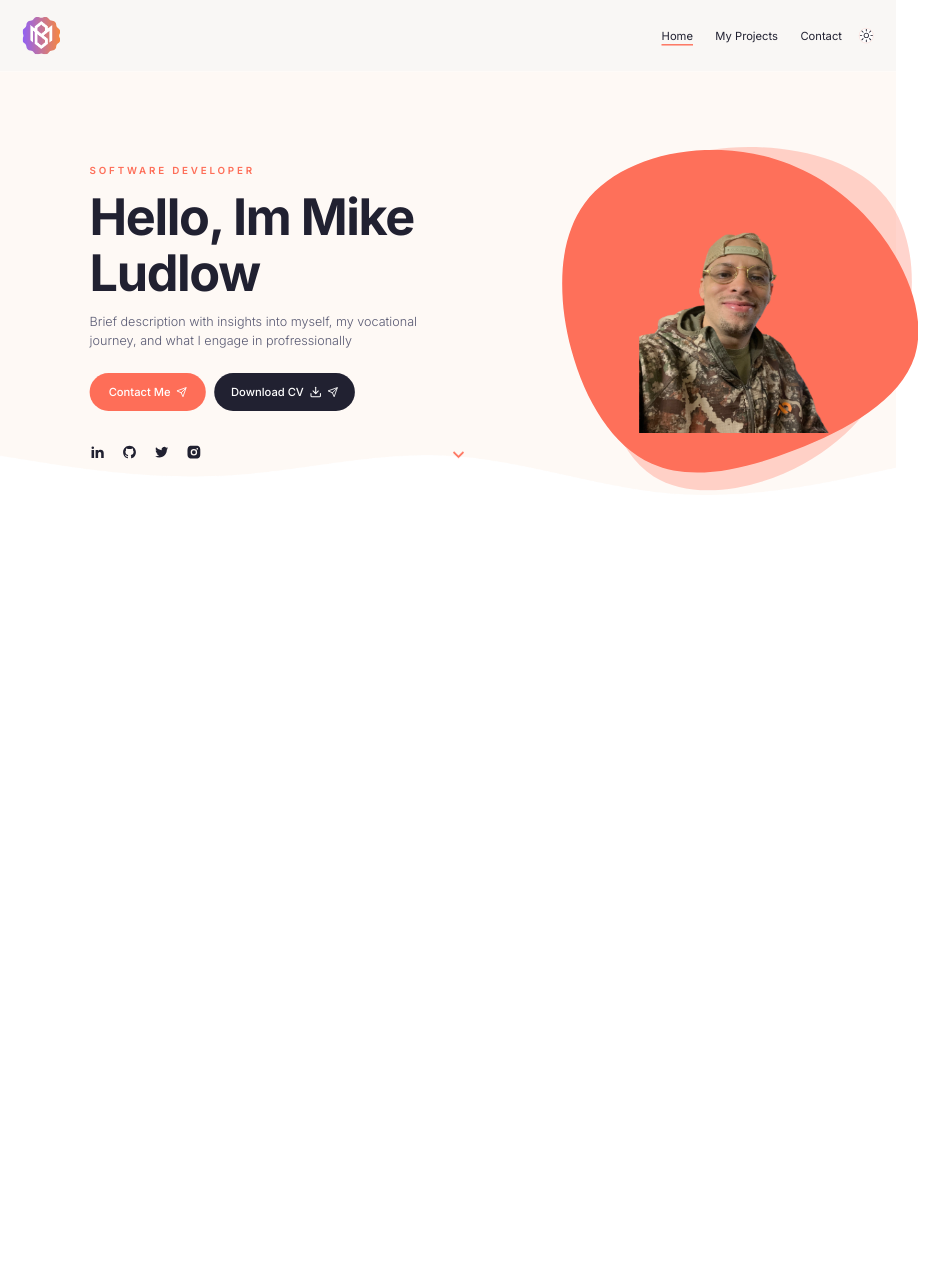
Repository: MikeeBuilds/mike-port
Page: /
These files come from the project's save history. The page is drawn as it stood at one moment and after a run of saves; the edit follows.
The browser window is 1280 px wide. The page is 1344 px wide, then 1308 px, so the pictures cover 1344 px, including what lies to the right of the window. The pictures show the part of the page from y = 0 to 1840 px (the page is 4731 px tall), at 70% of full size.
The project was rebuilt for these pictures with package versions that can differ from the ones it lists, and the page was loaded fresh each time. The framework's server and built-in components were replaced by stand-ins that run in the browser. Also part of the build but not shown: next.config.js, components/Badge.jsx.

Above is the page before, as saved 2023-11-30 11:22:50.

### app/layout.jsx
import { Inter } from 'next/font/google'
import './globals.css'
import Header from '@/components/Header'
import Footer from '@/components/Footer'
import { ThemeProvider } from '@/components/ThemeProvider'

const inter = Inter({ subsets: ['latin'] })

export const metadata = {
  title: 'Mike Ludlow | Dev',
  description: 'Generated by create next app',
}

export default function RootLayout({ children }) {
  return (
    <html lang="en" suppressHydrationWarning>
      <body className={inter.className}
      >
        <ThemeProvider attribute="class" defaultTheme="light">
          <Header />
            {children}
          <Footer />
        </ThemeProvider>
      </body>
    </html>
  )
}

### app/template.js
"use client";

import { motion } from "framer-motion";
// hooks
import useScrollProgress from "@/hooks/useScrollProgress";

//variants
const variants = {
  hidden: { opacity: 0 },
  enter: { opacity: 1 },
};

const Template = ({ children }) => {
  const completion = useScrollProgress();
  return (
    <>
      <motion.main
        variants={variants}
        initial="hidden"
        animate="enter"
        transition={{ type: "linear", delay: 0.2, duration: 0.4 }}
      >
        {children}
      </motion.main>
      {/* completion bar */}
      <span
        style={{ transform: `translateY(${completion - 100}%)` }}
        className="fixed z-50 bg-primary w-1 top-0 right-0
      bottom-0 transition-all duration-700"
      ></span>
      <div className="h-[4000px]"></div>
    </>
  );
};

export default Template;

### app/page.jsx
import Hero from '@/components/Hero'
import { main } from 'json'
import Image from 'next/image'

export default function Home() {
  return (
    <main>
      <Hero/>
    </main>
  )
}

### app/globals.css
@tailwind base;
@tailwind components;
@tailwind utilities;

@layer base {
  @layer base {
    :root {
      --background: 0 0% 100%;
      --foreground: 240 19% 16%;
      --card: 0 0% 100%;
      --card-foreground: 240 19% 16%;
      --popover: 0 0% 100%;
      --popover-foreground: 20 14.3% 4.1%;
      --primary: 8 99% 67%;
      --primary-foreground: 300 0% 100%;
      --secondary: 240 19% 16%;
      --secondary-foreground: 300 0% 100%;
      --tertiary: 27 82% 98%;
      --muted: 60 4.8% 95.9%;
      --muted-foreground: 237 13% 40%;
      --accent: 237 9% 96%;
      --accent-foreground: 24 9.8% 10%;
      --destructive: 0 84.2% 60.2%;
      --destructive-foreground: 60 9.1% 97.8%;
      --border: 8 82% 92%;
      --input: 8 82% 92%;
      --ring: 9 99% 67%;
      --radius: 1rem;
    }

    .dark {
      --background: 237 22% 20%;
      --foreground: 60 9.1% 97.8%;
      --card: 240 19% 16%;
      --card-foreground: 300 0% 100%;
      --popover: 20 14.3% 4.1%;
      --popover-foreground: 60 9.1% 97.8%;
      --primary: 8 99% 67%;
      --primary-foreground: 300 0% 100%;
      --secondary: 240 19% 16%;
      --secondary-foreground:300 0% 100%;
      --tertiary: 237 22% 20%;
      --muted: 12 6.5% 15.1%;
      --muted-foreground: 237 13% 63%;
      --accent: 240 19% 16%;
      --accent-foreground: 300 0% 100%;
      --destructive: 0 72.2% 50.6%;
      --destructive-foreground: 60 9.1% 97.8%;
      --border: 237 22% 23%;
      --input: 237 22% 23%;
      --ring: 8 99% 67%;
    }
  }
}

@layer base {
  * {
    @apply border-border;
  }
  body {
    @apply bg-background text-foreground;
  }
}

.h1 {
  @apply text-6xl xl:text-[72px] xl:leading-[80px] tracking-[-2px] font-bold;
}

.subtitle {
  @apply text-muted-foreground text-lg mb-8 font-light;
}

### components/Header.jsx
"use client";
import React, { useState, useEffect } from "react";

// components
import Logo from "./Logo";
import ThemeToggler from "./ThemeToggler";
import Nav from "./Nav";
import MobileNav from "./MobileNav";
import { usePathname } from "next/navigation";

const Header = () => {
  const [header, setHeader] = useState(false);
  const pathname = usePathname();

  useEffect(() => {
    const scrollYpos = window.addEventListener("scroll", () => {
      window.scrollY > 50 ? setHeader(true) : setHeader(false);
    });

    // remove event
    return () => window.removeEventListener("scroll", scrollYpos);
  });

  return (
    <header
      className={`${
        header
          ? "py-4 bg-white shadow-lg dark:bg-accent"
          : "py-6 dark:bg-transparent"
      } sticky top-0 z-30 transition-all ${pathname === '/' && 'bg-[#f9f7f5]'}`}
    >
      <div className="container mx-auto">
        <div className="flex justify-between items-center">
          <Logo />
          <div className="flex items-center gap-x-6">
            {/* nav */}
            <Nav
              containerStyles="hidden xl:flex gap-x-8 items-center"
              linkStyles="relative hover:text-primary transition-all"
              underlineStyles="absolute left-0 top-full h-[2px] bg-primary w-full"
            />
            <ThemeToggler />
            {/* mobile nav */}
            <div className="lg:hidden">
              <MobileNav />
            </div>
          </div>
        </div>
      </div>
    </header>
  );
};

export default Header;

### components/Footer.jsx

const Footer = () => {
  return (
    <footer>Footer</footer>
  )
}

export default Footer

### components/ThemeProvider.jsx
"use client"


import {
    ThemeProvider as NextThemesProvider
} from "next-themes";



export function ThemeProvider({ children, ...props}) {
    return <NextThemesProvider {...props}>{children}</NextThemesProvider>
}

### hooks/useScrollProgress.js
import React, { useState, useEffect} from 'react'

const useScrollProgress = () => {
    const [completion, setCompletion] = useState(0);

    useEffect(() => {
        const updateScrollCompletion = () => {
            const currentProgress = window.scrollY;
            const scrollHeight = document.body.scrollHeight - window.innerHeight;

            if (scrollHeight) {
                setCompletion(Number(currentProgress / scrollHeight).toFixed(2) * 100);
            }
        };
            // event
        window.addEventListener('scroll', updateScrollCompletion);
            //clear event
            return () => window.removeEventListener('scroll', updateScrollCompletion);
    }, []);


    return completion;
};

export default useScrollProgress

### components/Hero.jsx
import Link from "next/link";
import { Download, Send } from "lucide-react";
import { Button } from "./ui/button";

import {
  RiBriefcase4Fill,
  RiTeamFill,
  RiTodoFill,
  RiArrowDownSLine,
} from "react-icons/ri";

//components
import DevImg from "./DevImg";
import Badge from "./Badge";
import Socials from "./Socials";

const Hero = () => {
  return (
    <section className="py-12 xl:py-24 h-[84vh] xl:pt-28 bg-hero bg-no-repeat bg-bottom bg-cover dark:bg-none">
      <div className="flex justify-between gap-x-8">
        {/* text */}
        <div className="flex max-w-[600px] flex-col justify-center mx-auto xl:mx-32 text-center xl:text-left">
          <div className="text-sm uppercase font-semibold mb-4 text-primary tracking-[4px]">
            Software Developer
          </div>
          <h1 className="h1 mb-4">Hello, Im Mike Ludlow</h1>
          <p className="subtitle max-w-[490px] mx-auto xl:mx-0">
            Brief description with insights into myself, my vocational journey,
            and what I engage in profressionally
          </p>
          {/* buttons */}
          <div
            className="flex flex-col gap-y-3 md:flex-row gap-x-3 mx-auto
          xl:mx-0 mb-12"
          >
            <Link href="/contact">
              <Button className="gap-x-2">
                Contact Me <Send size={15} />
              </Button>
            </Link>
            <Button variant="secondary" className="gap-x-2">
              Download CV <Download size={18} /> <Send size={15} />
            </Button>
          </div>
          {/* socials */}
          <Socials
            containerStyles="flex gap-x-6 mx-auto xl:mx-0"
            iconStyles="text-foreground text-[22px] hover:text-primary transition-all"
          />
        </div>
        {/* image */}
        <div className="hidden xl:flex relative -right-8">
          <div className="bg-hero_shape2_light dark:bg-hero_shape2_dark w-[500px] h-[500px] bg-no-repeat absolute -top-1 -right-8"></div>
          <DevImg containerStyles="bg-hero_shape w-[510px] h-[462px] bg-no-repeat relative bg-bottom" imgSrc='/hero/developer.png'/>
        </div>
        {/* icon */}
        <div className="hidden md:flex absolute left-2/4 bottom-44 xl:bottom-12 animate-bounce">
          <RiArrowDownSLine className="text-3xl text-primary" />
        </div>
      </div>
    </section>
  );
};

export default Hero;

### components/Logo.jsx
import Link from "next/link";
import Image from "next/image";


const Logo = () => {
  return (
    <Link href="/">
        <Image src='/logo.svg' width={54} height={54} priority alt="logo"/>
    </Link>
  )
}

export default Logo

### components/ThemeToggler.jsx
"use client";

import { Button } from "./ui/button";
import { MoonIcon, SunIcon } from "@radix-ui/react-icons";
import { useTheme } from "next-themes";

const ThemeToggler = () => {
  const { theme, setTheme } = useTheme();
  return (
    <Button variant='outline' size="outline" onClick={() => setTheme(theme === 'dark' ? 'light' : 'dark')}>
      <SunIcon
        className="h-[1.2rem] w-[1.2rem] rotate-0 scale-100 transition-all
      dark:rotate-90 dark:scale-0"
      />
      <MoonIcon
        className="absolute h-[1.2rem] w-[1.2rem] rotate-90 scale-0 transition-all
       dark:rotate-0 dark:scale-100"
      />
    </Button>
  );
};

export default ThemeToggler;

### components/Nav.jsx
import Link from "next/link";

//next hooks
import { usePathname } from "next/navigation";

//framer motion
import { motion } from "framer-motion";

const links = [
  { path: "/", name: "home" },
  { path: "/projects", name: "my projects" },
  { path: "/contact", name: "contact" },
];

const Nav = ({ containerStyles, linkStyles, underlineStyles }) => {
  const path = usePathname();
  return (
    <nav className={`${containerStyles}`}>
      {links.map((link, index) => {
        return (
          <Link
            href={link.path}
            key={index}
            className={`capitalize ${linkStyles}`}
          >
            {link.path === path && (
              <motion.span
                initial={{ y: "-100%" }}
                animate={{ y: 0 }}
                transition={{ type: "tween" }}
                layoutId="underline"
                className={`${underlineStyles}`}
              />
            )}
            {link.name}
          </Link>
        );
      })}
    </nav>
  );
};

export default Nav;

### components/MobileNav.jsx

const MobileNav = () => {
  return (
    <div>MobileNav</div>
  )
}

export default MobileNav

### components/ui/button.jsx
import * as React from "react"
import { Slot } from "@radix-ui/react-slot"
import { cva } from "class-variance-authority";

import { cn } from "@/lib/utils"

const buttonVariants = cva(
  "inline-flex items-center justify-center whitespace-nowrap rounded-full text-base font-medium ring-offset-background transition-colors focus-visible:outline-none focus-visible:ring-2 focus-visible:ring-ring focus-visible:ring-offset-2 disabled:pointer-events-none disabled:opacity-50",
  {
    variants: {
      variant: {
        default: "bg-primary text-primary-foreground hover:bg-primary/90",
        destructive:
          "bg-destructive text-destructive-foreground hover:bg-destructive/90",
        outline:
          "border border-input bg-background hover:bg-accent hover:text-accent-foreground",
        secondary:
          "bg-secondary text-secondary-foreground hover:bg-secondary/80",
        ghost: "hover:bg-accent hover:text-accent-foreground",
        link: "text-primary underline-offset-4 hover:underline",
      },
      size: {
        default: "h-[54px] px-6 py-2 min-w-[166px]",
        sm: "h-9 rounded-md px-3",
        lg: "h-11 rounded-md px-8",
        icon: "h-10 w-10",
      },
    },
    defaultVariants: {
      variant: "default",
      size: "default",
    },
  }
)

const Button = React.forwardRef(({ className, variant, size, asChild = false, ...props }, ref) => {
  const Comp = asChild ? Slot : "button"
  return (
    (<Comp
      className={cn(buttonVariants({ variant, size, className }))}
      ref={ref}
      {...props} />)
  );
})
Button.displayName = "Button"

export { Button, buttonVariants }

### components/DevImg.jsx
import Image from "next/image";

const DevImg = ({ containerStyles, imgSrc }) => {
  return <div className={`${containerStyles}`}>
    <Image src={imgSrc} fill priority alt="" />
  </div>;
};

export default DevImg;

### components/Socials.jsx
'use client'

import {
  RiLinkedinFill,
  RiGithubFill,
  RiTwitterFill,
  RiInstagramFill
} from 'react-icons/ri';

import Link from 'next/link';

const icons = [
  {
    path: '/',
    name: <RiLinkedinFill />,
  },
  {
    path: '/',
    name: <RiGithubFill />,
  },{
    path: '/',
    name: <RiTwitterFill />,
  },{
    path: '/',
    name: <RiInstagramFill />,
  },
]


import React from "react";

const Socials = ({ containerStyles, iconStyles}) => {
  return <div className={`${containerStyles}`}>
    {icons.map((icon, index) => {
      return <Link href={icon.path} key={index}>
        <div className={`${iconStyles}`}>
          {icon.name}
        </div>
      </Link>
    })}
  </div>;
};

export default Socials;

### tailwind.config.js
/** @type {import('tailwindcss').Config} */
module.exports = {
  darkMode: ["class"],
  content: [
    './pages/**/*.{js,jsx}',
    './components/**/*.{js,jsx}',
    './app/**/*.{js,jsx}',
    './src/**/*.{js,jsx}',
	],
  theme: {
    container: {
      center: true,
      padding: "2rem",
      screens: {
        "2xl": "1400px",
      },
    },
    extend: {
      colors: {
        border: "hsl(var(--border))",
        input: "hsl(var(--input))",
        ring: "hsl(var(--ring))",
        background: "hsl(var(--background))",
        foreground: "hsl(var(--foreground))",
        primary: {
          DEFAULT: "hsl(var(--primary))",
          foreground: "hsl(var(--primary-foreground))",
        },
        secondary: {
          DEFAULT: "hsl(var(--secondary))",
          foreground: "hsl(var(--secondary-foreground))",
        },
        tertiary: {
          DEFAULT: "hsl(var(--tertiary))",
        },
        destructive: {
          DEFAULT: "hsl(var(--destructive))",
          foreground: "hsl(var(--destructive-foreground))",
        },
        muted: {
          DEFAULT: "hsl(var(--muted))",
          foreground: "hsl(var(--muted-foreground))",
        },
        accent: {
          DEFAULT: "hsl(var(--accent))",
          foreground: "hsl(var(--accent-foreground))",
        },
        popover: {
          DEFAULT: "hsl(var(--popover))",
          foreground: "hsl(var(--popover-foreground))",
        },
        card: {
          DEFAULT: "hsl(var(--card))",
          foreground: "hsl(var(--card-foreground))",
        },
      },
      borderRadius: {
        lg: "var(--radius)",
        md: "calc(var(--radius) - 2px)",
        sm: "calc(var(--radius) - 4px)",
      },
      keyframes: {
        "accordion-down": {
          from: { height: 0 },
          to: { height: "var(--radix-accordion-content-height)" },
        },
        "accordion-up": {
          from: { height: "var(--radix-accordion-content-height)" },
          to: { height: 0 },
        },
      },
      animation: {
        "accordion-down": "accordion-down 0.2s ease-out",
        "accordion-up": "accordion-up 0.2s ease-out",
      },
      backgroundImage: {
        hero: 'url(/hero-bg.png)',
        hero_shape: 'url(/hero/shape-1.svg)',
        hero_shape2_light: 'url(/hero/shape-2-light.svg)',
        hero_shape2_dark: 'url(/hero/shape-2-dark.svg)',

      }
    },
  },
  plugins: [require("tailwindcss-animate")],
}

Loaded but not shown: lib/utils.js (common file)

After the next 2 saves:
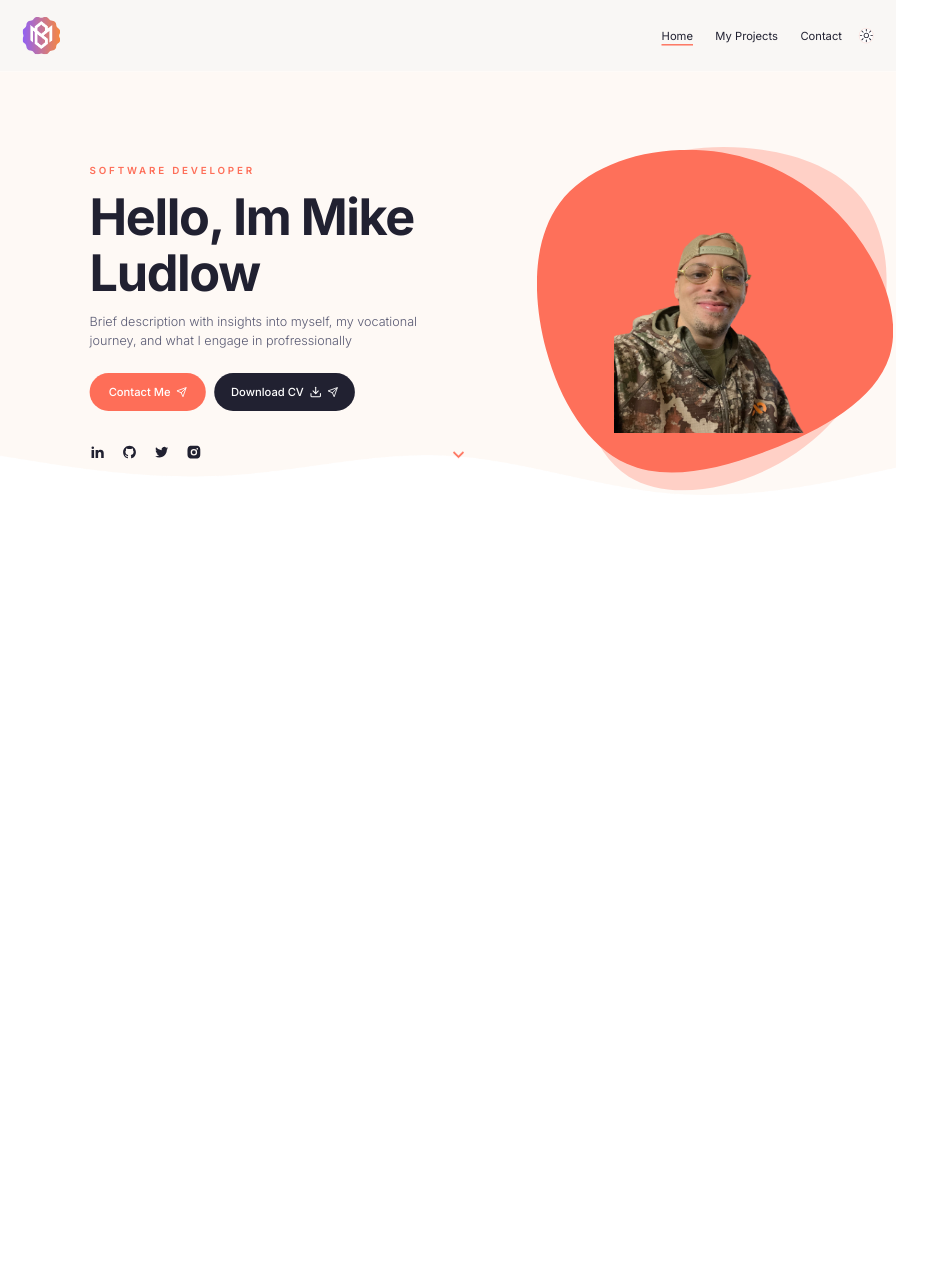
The 2 saves are shown as one change because they came seconds apart.
The last was saved 7 s later.
--- a/components/Hero.jsx
+++ b/components/Hero.jsx
@@ -49,7 +49,7 @@ const Hero = () => {
           />
         </div>
         {/* image */}
-        <div className="hidden xl:flex relative -right-8">
+        <div className="hidden xl:flex relative right-1">
           <div className="bg-hero_shape2_light dark:bg-hero_shape2_dark w-[500px] h-[500px] bg-no-repeat absolute -top-1 -right-8"></div>
           <DevImg containerStyles="bg-hero_shape w-[510px] h-[462px] bg-no-repeat relative bg-bottom" imgSrc='/hero/developer.png'/>
         </div>
